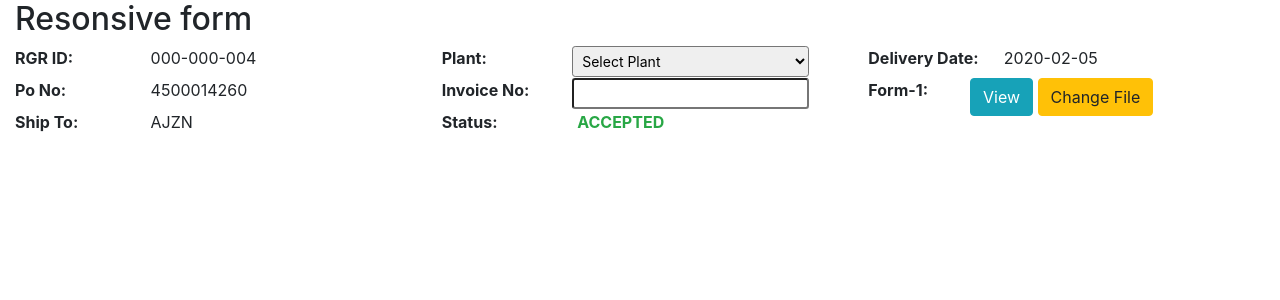
Repository: karthikairasu/Others_work
Page: form.html
The author's editor kept a copy of each file at every save. The page is drawn from the files as they stood at one save, then again after the next save.
The browser window is 1280 px wide. The pictures show the whole page.

Above is the page before, as saved 2020-06-28 17:15:03.

### form.html
<!DOCTYPE html>
<html lang="en">
  <head>
    <title>Bootstrap Example</title>
    <meta charset="utf-8" />
    <meta name="viewport" content="width=device-width, initial-scale=1" />
    <link
      rel="stylesheet"
      href="https://maxcdn.bootstrapcdn.com/bootstrap/4.5.0/css/bootstrap.min.css"
    />
    <script src="https://ajax.googleapis.com/ajax/libs/jquery/3.5.1/jquery.min.js"></script>
    <script src="https://cdnjs.cloudflare.com/ajax/libs/popper.js/1.16.0/umd/popper.min.js"></script>
    <script src="https://maxcdn.bootstrapcdn.com/bootstrap/4.5.0/js/bootstrap.min.js"></script>
  </head>
  <body>
    <div class="container-fluid">
      <h2>Resonsive form</h2>
      <form class="" action="">
        <div class="row">
          <div class="col-md-4">
            <div class="form-row">
              <label class="col-md-4"><b>RGR ID:</b></label>
              <label class="col-md-7" id="RGR_ID">000-000-004 </label>
            </div>
            <div class="form-row">
              <label class="col-md-4"><b>Po No:</b></label>
              <label class="col-md-7" id="Po_No">4500014260 </label>
            </div>
            <div class="form-row">
              <label class="col-md-4"><b>Ship To:</b></label>
              <label class="col-md-7" id="Ship_To">AJZN </label>
            </div>
          </div>
          <div class="col-md-4">
            <div class="form-row">
              <label class="col-md-4"><b>Plant:</b></label>
              <select
                class="form-control-sm col-md-7"
                name="plant"
                style="width: 60%;"
                required=""
              >
                <option value="">Select Plant</option>

                <option value="Riyadh">Riyadh</option>

                <option value="Jeddha">Jeddha</option>

                <option value="Dammam">Dammam</option>

                <option value="PMAH ">PMAH </option>
              </select>
            </div>
            <div class="form-row">
              <label class="col-md-4"><b>Invoice No:</b></label>
              <input
                type="text"
                class="form-control-sm col-md-7"
                id="Invoice_No"
              />
            </div>
            <div class="form-row">
              <label class="col-md-4"><b>Status:</b></label>
              <label class="col-md-7 text-success" id="Status"
                ><b>ACCEPTED</b></label
              >
            </div>
          </div>
          <div class="col-md-4">
            <div class="form-row">
              <label class="col-md-4"><b>Delivery Date:</b></label>
              <label class="col-md-7" id="Delivery Date">2020-02-05 </label>
            </div>
            <div class="form-row">
              <label class="col-md-3"><b>Form-1:</b></label>
              <label class="col-md-8" id="form_1">
                <button class="btn btn-info">View</button>
                <button class="btn btn-warning">Change File</button>
              </label>
            </div>
          </div>
        </div>
      </form>
    </div>
  </body>
</html>

After the next save:
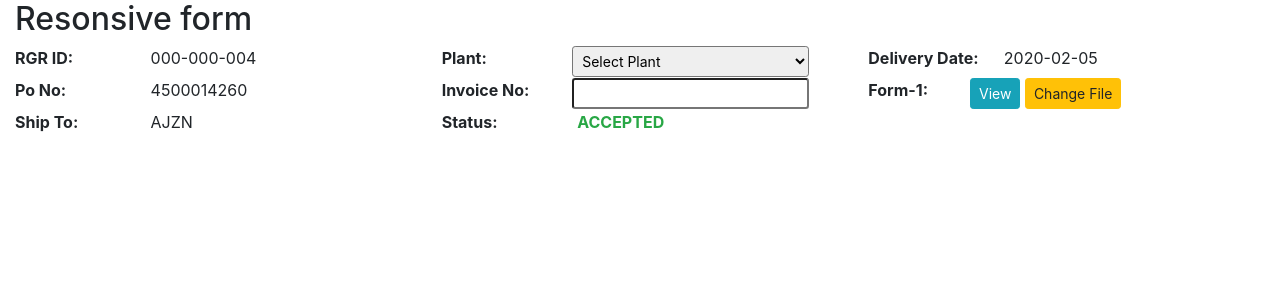
Saved 79 s later.
--- a/form.html
+++ b/form.html
@@ -74,8 +74,8 @@
             <div class="form-row">
               <label class="col-md-3"><b>Form-1:</b></label>
               <label class="col-md-8" id="form_1">
-                <button class="btn btn-info">View</button>
-                <button class="btn btn-warning">Change File</button>
+                <button class="btn btn-info btn-sm">View</button>
+                <button class="btn btn-warning btn-sm">Change File</button>
               </label>
             </div>
           </div>
